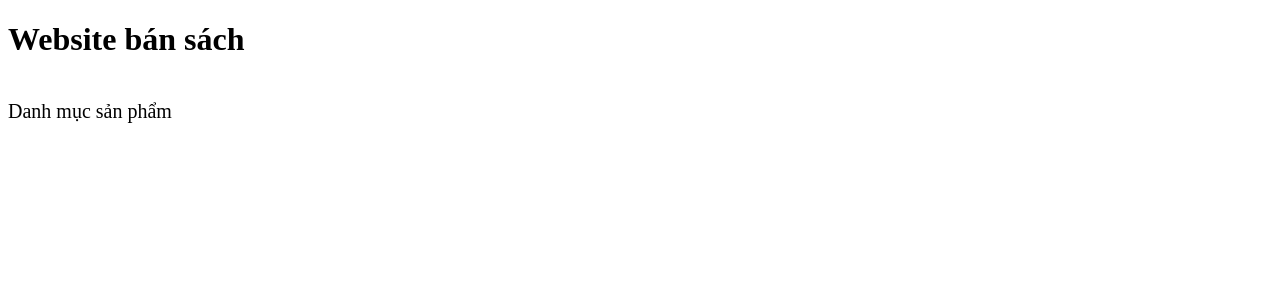
Repository: ThanhNghiadn03/Website-1-JSP-Servlet
Page: http://localhost/new-web-ban-sach/trang-chu
The author's editor kept a copy of each file at every save. The page is drawn from the files as they stood at one save, then again after the next save.
The browser window is 1280 px wide. The pictures show the whole page.
The page is served by Tomcat 9. Queries for data that is not in the repository find no rows.

Above is the page before, as saved 2023-04-25 16:14:03.

After the next save:
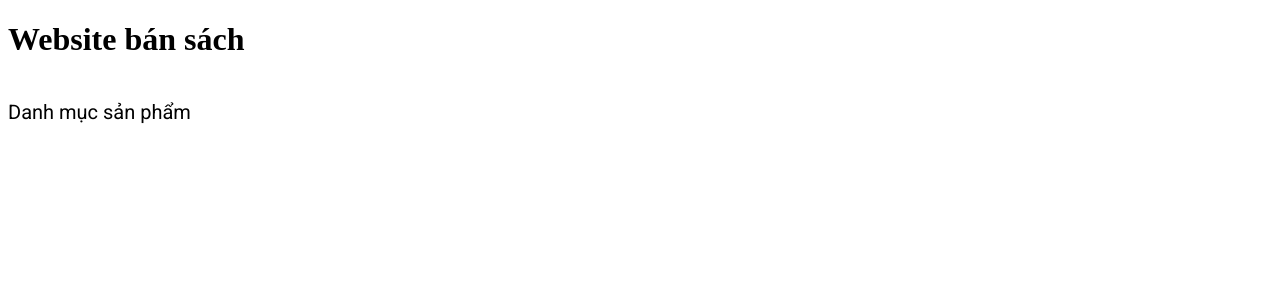
Saved 14 s later.
--- a/Project/new-web-ban-sach/src/main/webapp/views/home/css/css-home.css
+++ b/Project/new-web-ban-sach/src/main/webapp/views/home/css/css-home.css
@@ -5,6 +5,7 @@
 .left-right {
     display: grid;
     grid-template-columns: 200px 4fr;
+    font-family: 'Roboto', sans-serif;
     font-size: 20px;
 }
 .right-side {
